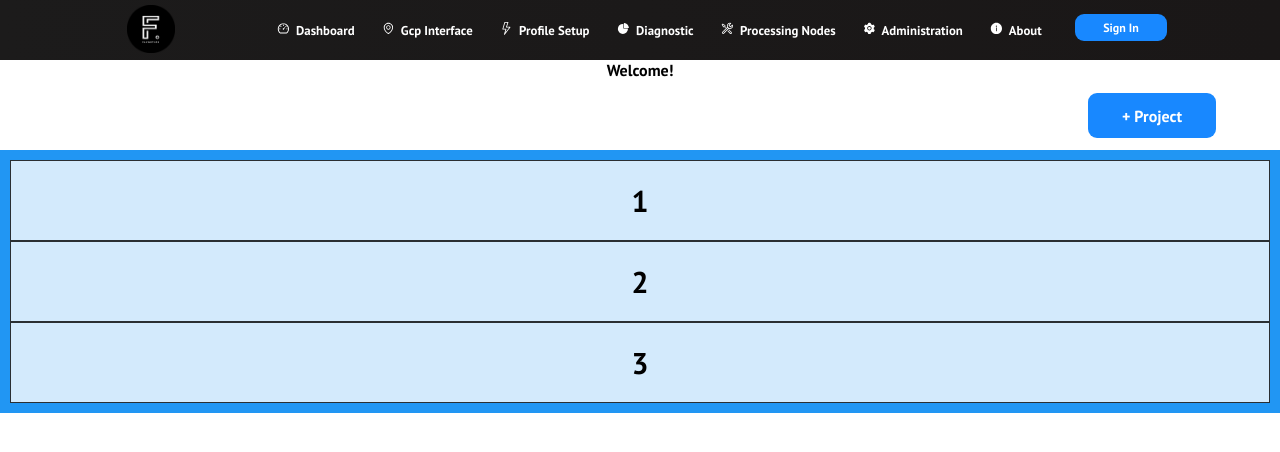
Repository: Akshaykumar1111/akki
Page: /Dashboard
These files come from the project's save history. The page is drawn as it stood at one moment and after the next save; the edit follows.
The browser window is 1280 px wide. The pictures show the whole page.
Some web libraries are served in a nearby version. The project was rebuilt for these pictures with package versions that can differ from the ones it lists, and the page was loaded fresh each time. Also part of the build but not shown: src/components/pages/Administration.css, src/components/pages/Administration.js, src/components/pages/Diagnostic.js, src/components/pages/ProfileSetup.js, src/components/pages/GcpInterface.js, src/components/pages/ProcessingNodes.js, src/components/pages/About.js, src/components/pages/Popup.css and 7 more.

Above is the page before, as saved 2022-10-20 12:28:51.

### src/App.css
* {
  box-sizing: border-box;
  margin: 0;
  padding: 0;
  font-family: 'PT Sans', sans-serif;
}

.home,
.Diagnostic,
.Dashboard,
.ProfileSetup,
.GcpInterface,
.ProcessingNodes,
.products,
.Administration,
.DeveloperTools,
.About,
.sign-up,
.SigUp,
.Forgot,
.marketing,
.consulting {
  display: flex;
  height: 961.3px;
  align-items: center;
  justify-content: center;
  font-size: 2rem;
}


.map-container{
  width: 100%;
  height: 100%;
}

.Dashboard {
  background-image: url('./images/img-1.jpg');
  background-position: center;
  background-size: cover;
  background-repeat: no-repeat;
  color: #fff;
  font-size: 100px;

  margin-bottom: 10px;
}

.GcpInterface {
  background-image: url('./images/img-2.jpg');
  background-position: center;
  background-size: cover;
  background-repeat: no-repeat;
  color: #fff;
  font-size: 100px;
}

.Diagnostic {
  background-image: url('./images/img-3.jpg');
  background-position: center;
  background-size: fill;
  background-repeat: no-repeat;
  color: #fff;
  font-size: 100px;
}

.ProfileSetup {
  background-image: url('./images/img-4.jpg');
  background-position: center;
  background-size: cover;
  background-repeat: no-repeat;
  color: #fff;
  font-size: 100px;
}

.sign-up {
  background-image: url('./images/img-7.jpg');
  background-position: center;
  background-size: cover;
  background-repeat: no-repeat;
  color: #fff;
  font-size: 100px;
}

.marketing {
  background-image: url('./images/img-6.jpg');
  background-position: center;
  background-size: cover;
  background-repeat: no-repeat;
  color: #fff;
  font-size: 100px;
}

.consulting {
  background-image: url('./images/img-5.jpg');
  background-position: bottom;
  background-size: cover;
  background-repeat: no-repeat;
  color: #fff;
  font-size: 100px;
}

### src/components/Navbar.css
.navbar {

  height: 70px;
  display: flex;
  justify-content: center;
  align-items: center;
  font-size: 1.2rem;


}
.nav-bg1{
  background-color: rgba(42, 41, 41, 0.606);
  }
.nav-bg2{
  background: linear-gradient(90deg, rgb(28, 27, 27) 0%, rgb(26, 23, 23) 100%);

}

.navbar-logo {
  color: #fff;
  justify-self: start;
  margin-left: 20px;
  cursor: pointer;
  text-decoration: none;
  font-size: 2rem;
}

.fa-firstdraft {
    margin-left: -18%;
    font-size: 1rem;
    height: 4rem;
    width: 4rem;
    text-align: center;
    margin-top: 12%;
    margin-left: -190%;
}
/* .log-img{
  width: 8%;
} */
.nav-menu {
  display: grid;
  grid-template-columns: repeat(8, auto);
  grid-gap: 10px;
  list-style: none;
  text-align: center;
  width: 70vw;
  justify-content: end;
  margin-right: 2rem;
}

.nav-item {
  display: flex;
  align-items: center;
  height: 80px;
  margin-top: 8%;
  display: flex;
}

.nav-links {
  color: white;
  text-decoration: none;
  padding: 0.5rem 1rem;
}

.nav-links:hover {
  background-color: #1888ff;
  border-radius: 4px;
  transition: all 0.2s ease-out;
}

.fa-bars {
  color: #fff;
}

.nav-links-mobile {
  display: none;
}

.menu-icon {
  display: none;
}
.li1{
  margin-top: 9%;
}

.li2{
  margin-top: 8%;
}
.li4{
  margin-top: 9%;
}
.li5{
  margin-top: 6.5%;
}
.li6{
  margin-top: 7.3%;
}
.li7{
  margin-top: 12.4%;
}
.li8{
  margin-top: 7%;
}

.nav-links1 {
  color: white;
  text-decoration: none;
  padding: 0.5rem 1rem;
}






@media screen and (max-width: 1648px) {
  .navbar {
    /* background: linear-gradient(90deg, rgb(28, 27, 27) 0%, rgb(26, 23, 23) 100%); */
    height: 60px;
    display: flex;
    justify-content: center;
    align-items: center;
    font-size: 0.8rem;
  }
  .nav-bg1{
    background-color: rgba(42, 41, 41, 0.606);
    }
  .nav-bg2{
    background: linear-gradient(90deg, rgb(28, 27, 27) 0%, rgb(26, 23, 23) 100%);

  }
  .navbar-logo {
    color: #fff;
    justify-self: start;
    margin-left: 20px;
    cursor: pointer;
    text-decoration: none;
    font-size: 1.5rem;
    padding-right: 1%;
  }

  .fa-firstdraft {
    margin-left: -6%;
    font-size: 1rem;
    height: 3rem;
    width: 3rem;
    text-align: center;
    margin-top: 12%;
}

  .nav-menu {
    display: grid;
    grid-template-columns: repeat(8, auto);
    grid-gap: 8px;
    list-style: none;
    text-align: center;
    width: 75vw;
    justify-content: end;
    margin-right: 1.2rem;
  }

  .nav-item {
    display: flex;
    align-items: center;
    height: 75px;
  }

  .nav-links {
    color: white;
    text-decoration: none;
    padding: 0.5rem 0.6rem;
  }

  .nav-links1 {
    color: white;
    text-decoration: none;
    padding: 0.5rem 1rem;
  }

  .nav-links:hover {
    background-color: #1888ff;
    border-radius: 4px;
    transition: all 0.2s ease-out;
  }

  .fa-bars {
    color: #fff;
  }

  .nav-links-mobile {
    display: none;
  }

  .menu-icon {
    display: none;
  }
  .li1{
    margin-top: 9%;
  }

  .li2{
    margin-top: 8%;
  }
  .li4{
    margin-top: 9%;
  }
  .li5{
    margin-top: 6.5%;
  }
  .li6{
    margin-top: 7.3%;
  }
  .li7{
    margin-top: 12.4%;
  }
  .li8{
    margin-top: 7%;
  }

}



@media screen and (max-width: 961px) {
  .NavbarItems {
    position: relative;
  }

  .nav-menu {
    display: flex;
    flex-direction: column;
    width: 100%;
    height: 90vh;
    position: absolute;
    top: 80px;
    left: -100%;
    opacity: 1;
    transition: all 0.5s ease;
  }

  .nav-menu.active {
    background: #242222;
    left: 0;
    opacity: 1;
    transition: all 0.5s ease;
    z-index: 1;
  }

  .nav-links {
    text-align: center;
    padding: 0rem;
    width: 100%;
    display: table;
    margin-top: -1%;
  }

  .nav-links1 {
    color: white;
    text-decoration: none;
    padding: 0.5rem 1rem;
  }


  .nav-links:hover {
    background-color: #1888ff;
    border-radius: 0;
  }

  .navbar-logo {
    position: absolute;
    top: 0;
    left: 0;
    transform: translate(25%, 50%);
  }

  .menu-icon {
    display: block;
    position: absolute;
    top: -8px;
    right: 0;
    transform: translate(-100%, 60%);
    font-size: 1.8rem;
    cursor: pointer;
  }

  .fa-times {
    color: #fff;
    font-size: 2rem;
  }
  .nav-item {
    display: flex;
    align-items: center;
    height: 88px;
    font-size: 155%;
}

  .nav-links-mobile {
    display: block;
    text-align: center;
    /* padding: 1.5rem; */
    margin: 0rem auto;
    border-radius: 16px;
    width: 50%;
    background: #1888ff;
    text-decoration: none;
    color: #fff;
    font-size: 1.2rem;
    height: 55px;
    margin-bottom: 2%;
    padding-top: 2%;
  }

  .nav-links-mobile:hover {
    background: #fff;
    color: #1888ff;
    transition: 250ms;
  }

  .nav-Button{
    margin-top: 14%;
  }
  /* button {
    display: none;
  } */
  .fa-firstdraft {
    margin-left: 85%;
    font-size: 1rem;
    height: 3rem;
    width: 3rem;
    text-align: center;
    margin-top: -28%;
}
.li1{
  margin-top: 9%;
}

.li2{
  margin-top: 8%;
}
.li4{
  margin-top: 9%;
}
.li5{
  margin-top: 6.5%;
}
.li6{
  margin-top: 7.3%;
}
.li7{
  margin-top: 12.4%;
}
.li8{
  margin-top: 7%;
}

}



@media screen and (max-width: 480px) {
  .NavbarItems {
    position: relative;
  }

  .nav-menu {
    display: flex;
    flex-direction: column;
    width: 100%;
    height: 90vh;
    position: absolute;
    top: 80px;
    left: -100%;
    opacity: 1;
    transition: all 0.5s ease;
  }

  .nav-menu.active {
    background: #242222;
    left: 0;
    opacity: 1;
    transition: all 0.5s ease;
    z-index: 1;
  }

  .nav-links {
    text-align: center;
    padding: 0rem;
    width: 100%;
    display: table;
    margin-top: -1%;
  }

  .nav-links1 {
    color: white;
    text-decoration: none;
    padding: 0.5rem 1rem;
  }


  .nav-links:hover {
    background-color: #1888ff;
    border-radius: 0;
  }

  .navbar-logo {
    position: absolute;
    top: 0;
    left: 0;
    transform: translate(25%, 50%);
  }

  .menu-icon {
    display: block;
    position: absolute;
    top: -8px;
    right: 0;
    transform: translate(-100%, 60%);
    font-size: 1.8rem;
    cursor: pointer;
  }

  .fa-times {
    color: #fff;
    font-size: 2rem;
  }
  .nav-item {
    display: flex;
    align-items: center;
    height: 88px;
    font-size: 155%;
}

  .nav-links-mobile {
    display: block;
    text-align: center;
    /* padding: 1.5rem; */
    margin: 0rem auto;
    border-radius: 16px;
    width: 50%;
    background: #1888ff;
    text-decoration: none;
    color: #fff;
    font-size: 1.2rem;
    height: 55px;
    margin-bottom: 2%;
    padding-top: 2%;
  }

  .nav-links-mobile:hover {
    background: #fff;
    color: #1888ff;
    transition: 250ms;
  }

  .nav-Button{
    margin-top: 14%;
  }
  /* button {
    display: none;
  } */
  .fa-firstdraft {
    margin-left: 50%;
    font-size: 1rem;
    height: 3rem;
    width: 3rem;
    text-align: center;
    margin-top: -28%;
}
.li1{
  margin-top: 9%;
}

.li2{
  margin-top: 8%;
}
.li4{
  margin-top: 9%;
}
.li5{
  margin-top: 6.5%;
}
.li6{
  margin-top: 7.3%;
}
.li7{
  margin-top: 12.4%;
}
.li8{
  margin-top: 7%;
}

}

/* <-----------sticky navbar----------> */
/* .sticky{
  position: fixed;
  top: 0;
  left: 0;
  width: 100%;
  height: 5rem;
  padding-top: 0;
  padding-bottom: 0;
  box-shadow: 0 0 2rem 0 rgb(0,0,0,5);
} */
/* <-----------sticky navbar end----------> */

### src/components/Button.css
:root {
  --primary: #1888ff;
}

.btn {
  padding: 6px 9px;
  border-radius: 4px;
  outline: none;
  border: none;
  font-size: 15px;
  color: #fff;
  cursor: pointer;
  background-color: var(--primary);
  margin-top: 33%;
}
.projectbtn {
  font-size: 150%;
  /* padding: 0.5% 0.1% 0.5% 0.1%; */
  width: 10%;
  margin-top: 1%;
  margin-left: 89%;
}

.btn:hover {
  padding: 5px 9px;
  transition: all 0.3s ease-out;
  background-color: transparent;
  color: #fff;
  border-radius: 4px;
  border: 2px solid var(--primary);
  transition: all 0.3s ease-out;
}
@media screen and (max-width: 1140px) {
  .NavbarItems {
    position: relative;
  }
  :root {
    --primary: #1888ff;
  }

  .btn {
    padding: 6px 12px;
    border-radius: 9px;
    outline: none;
    border: none;
    font-size: 12px;
    color: #fff;
    cursor: pointer;
    background-color: var(--primary);
    margin-top: 36%;
  }
  .projectbtn {
    font-size: 150%;
    /* padding: 0.5% 0.1% 0.5% 0.1%; */
    width: 10%;
    margin-top: 1%;
    margin-left: 89%;
  }

  .btn:hover {
    padding: 6px 18px;
    transition: all 0.3s ease-out;
    background-color: transparent;
    color: #fff;
    border-radius: 4px;
    border: 2px solid var(--primary);
    transition: all 0.3s ease-out;
  }
}

@media screen and (max-width: 1648px) {
  .NavbarItems {
    position: relative;
  }
  :root {
    --primary: #1888ff;
  }

  .btn {
    padding: 6px 12px;
    border-radius: 9px;
    outline: none;
    border: none;
    font-size: 12px;
    color: #fff;
    cursor: pointer;
    background-color: var(--primary);
    margin-top: 26%;
  }
  .projectbtn {
    font-size: 100%;
    padding: 1% 0.1% 1% 0.1%;
    width: 10%;
    margin-top: 1%;
    margin-left: 85%;
  }

  .btn:hover {
    padding: 6px 18px;
    transition: all 0.3s ease-out;
    background-color: transparent;
    color: #fff;
    border-radius: 4px;
    border: 2px solid var(--primary);
    transition: all 0.3s ease-out;
  }
}




@media screen and (max-width: 961px) {
  .NavbarItems {
    position: relative;
  }
  :root {
    --primary: #1888ff;
  }

  .btn {

    border-radius: 9px;
    outline: none;
    border: none;
    font-size: 12px;
    color: #fff;
    cursor: pointer;
    background-color: var(--primary);
    width: auto;
    margin-top: 3%;
  }
  .projectbtn {
    font-size: 100%;
    padding: 1.5% 0.1% 1.5% 0.1%;
    width: 10%;
    margin-top: 1%;
    margin-left: 86%;
  }

  .btn:hover {
    padding: 0px 0px;
    transition: all 0.3s ease-out;
    background-color: transparent;
    color: #fff;
    border-radius: 4px;
    border: 2px solid var(--primary);
    transition: all 0.3s ease-out;
  }
}

### src/components/pages/Dashboard.css
.grid-container {
    display: grid;
    grid-template-rows: auto auto auto;
    background-color: #2196F3;
    padding: 10px;
  }
  .grid-item {
    background-color: rgba(255, 255, 255, 0.8);
    border: 1px solid rgba(0, 0, 0, 0.8);
    padding: 20px;
    font-size: 30px;
    text-align: center;
  }
.Welcome {
    text-align: center;
    content: 10px;
}

Loaded but not shown: public/index.html (common file); src/index.js (common file); src/components/Navbar.js (179 lines, source omitted); src/App.js (57 lines, source omitted); src/components/pages/Dashboard.js (19 lines, source omitted); src/components/Button.js (11 lines, source omitted); src/components/pages/Signin.css (714 lines, source omitted)

After the next save:
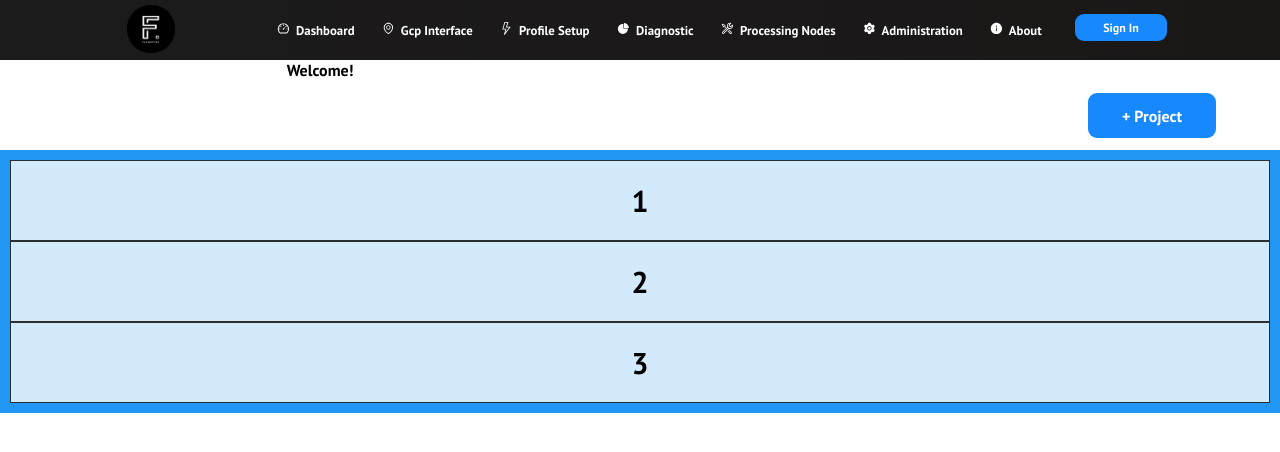
Saved 32 s later.
--- a/src/components/pages/Dashboard.css
+++ b/src/components/pages/Dashboard.css
@@ -13,5 +13,5 @@
   }
 .Welcome {
     text-align: center;
-    content: 10px;
+    width: 50%;
 }

After the save that followed:
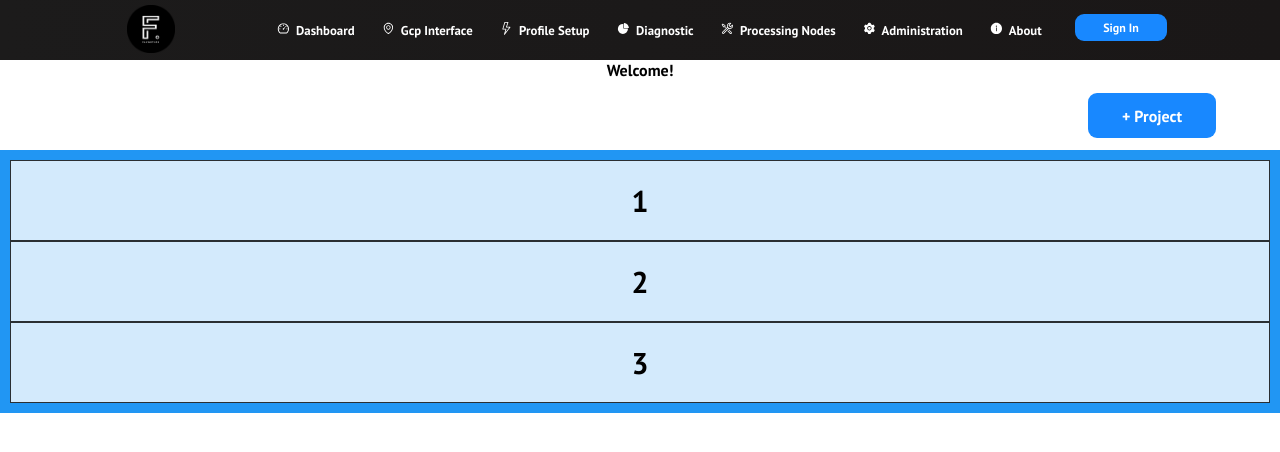
Saved 13 s later.
--- a/src/components/pages/Dashboard.css
+++ b/src/components/pages/Dashboard.css
@@ -13,5 +13,5 @@
   }
 .Welcome {
     text-align: center;
-    width: 50%;
+    width: 100%;
 }
